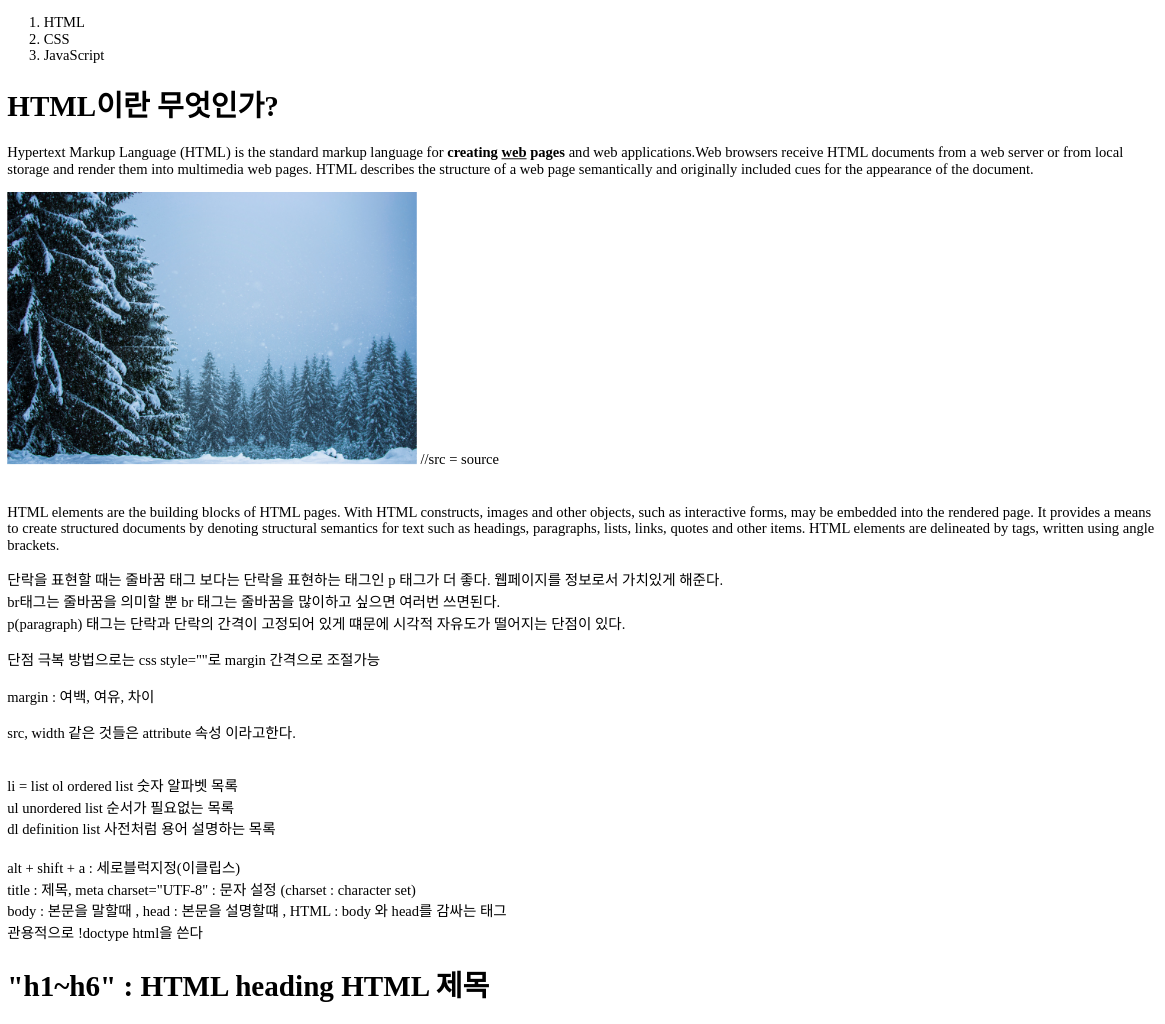
Repository: winterer4/Web-1
Page: HTML5/1.html
The author's editor kept a copy of each file at every save. The page is drawn from the files as they stood at one save, then again after the next save.
The browser window is 1280 px wide. The pictures show the whole page, at 91% of full size.

Above is the page before, as saved 2018-10-29 06:07:42.

### HTML5/1.html
<!DOCTYPE html>
<html>
<head>
<meta charset="UTF-8">
<title>WEB 1  - HTML</title>
</head>
<body>
<ol>
	<li>HTML      </li>
	<li>CSS       </li>
	<li>JavaScript</li>
</ol>

	<h1>HTML이란 무엇인가?</h1>
	<p>
		Hypertext Markup Language (HTML) is the standard markup language for <strong>creating
			<u>web</u> pages
		</strong> and web applications.Web browsers receive HTML documents from a web
		server or from local storage and render them into multimedia web
		pages. HTML describes the structure of a web page semantically and
		originally included cues for the appearance of the document.
	</p>
	<img src ="one.jpg" width="450">
	//src = source
	<p style="margin-top: 40px;">HTML elements are the building blocks
		of HTML pages. With HTML constructs, images and other objects, such as
		interactive forms, may be embedded into the rendered page. It provides
		a means to create structured documents by denoting structural
		semantics for text such as headings, paragraphs, lists, links, quotes
		and other items. HTML elements are delineated by tags, written using
		angle brackets.</p>







	단락을 표현할 때는 줄바꿈 태그 보다는 단락을 표현하는 태그인 p 태그가 더 좋다. 웹페이지를 정보로서 가치있게 해준다.
	<br> br태그는 줄바꿈을 의미할 뿐 br 태그는 줄바꿈을 많이하고 싶으면 여러번 쓰면된다.
	<br> p(paragraph) 태그는 단락과 단락의 간격이 고정되어 있게 떄문에 시각적 자유도가 떨어지는 단점이 있다.
	<p> 단점 극복 방법으로는 css style=""로 margin 간격으로 조절가능</p>
	 margin : 여백, 여유, 차이
	 <p> src, width 같은 것들은 attribute 속성 이라고한다.</p>
	 <br>li = list
	 ol ordered list 숫자 알파벳 목록<br>
	 ul unordered list 순서가 필요없는 목록<br>
	 dl definition list 사전처럼 용어 설명하는 목록<br>
	  <br>alt + shift + a : 세로블럭지정(이클립스)
	  <br> title : 제목, meta charset="UTF-8" : 문자 설정 (charset : character set)
	  <br> body  : 본문을 말할때 , head : 본문을 설명할떄 , HTML : body 와 head를 감싸는 태그
	  <br> 관용적으로 !doctype html을 쓴다


</body>

<h1>"h1~h6" : HTML heading HTML 제목</h1>




</html>

After the next save:
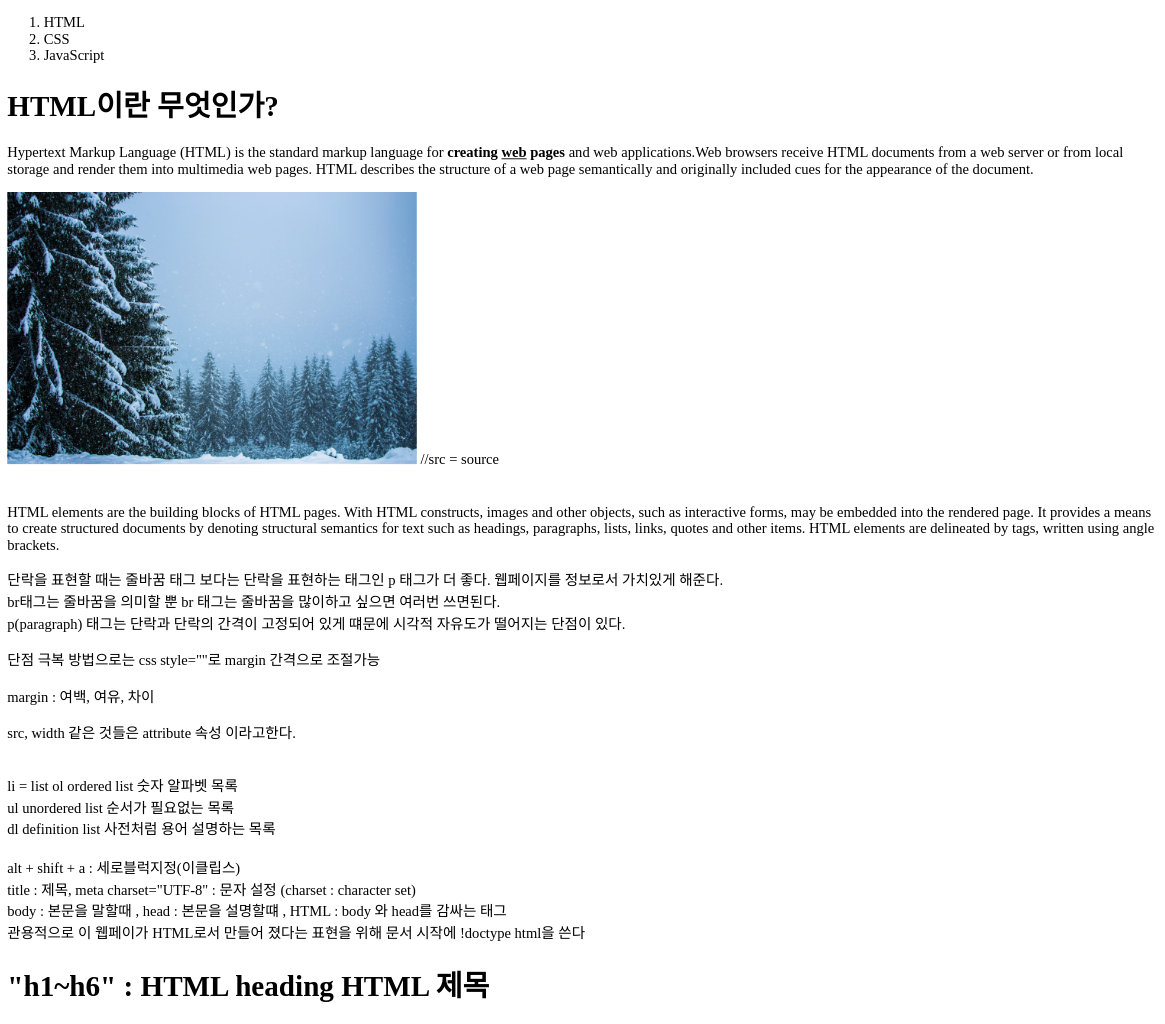
Saved 43 s later.
--- a/HTML5/1.html
+++ b/HTML5/1.html
@@ -49,7 +49,7 @@
 	  <br>alt + shift + a : 세로블럭지정(이클립스)
 	  <br> title : 제목, meta charset="UTF-8" : 문자 설정 (charset : character set)
 	  <br> body  : 본문을 말할때 , head : 본문을 설명할떄 , HTML : body 와 head를 감싸는 태그
-	  <br> 관용적으로 !doctype html을 쓴다
+	  <br> 관용적으로 이 웹페이가 HTML로서 만들어 졌다는 표현을 위해 문서 시작에 !doctype html을 쓴다
 
 
 </body>
